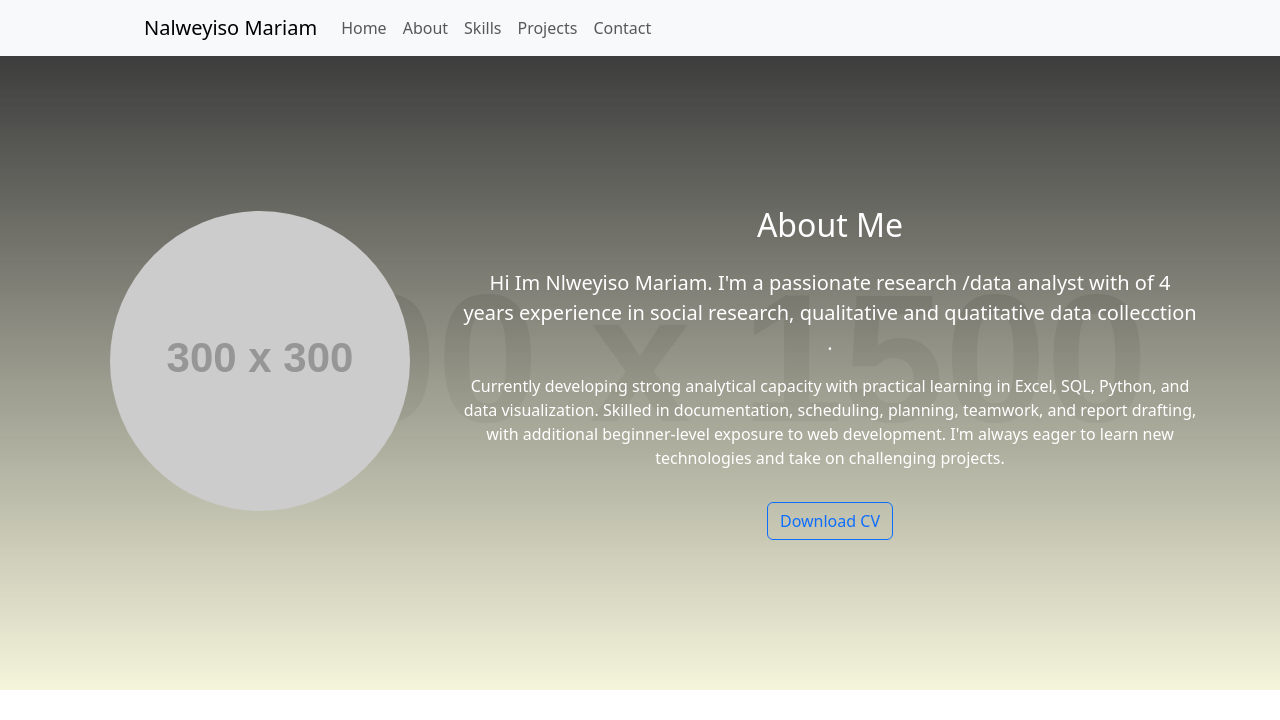
Repository: NalweMari/My-Personal-Portfolio
Page: index.html
An editor plug-in stored every save of this project. The page is shown before and after the next save, followed by the edit.
The browser window is 1280 px wide. The pictures show the whole page.

Above is the page before, as saved 2025-11-27 12:48:45.
Console error (its wording comes from the project's code and is left out).

After the next save:
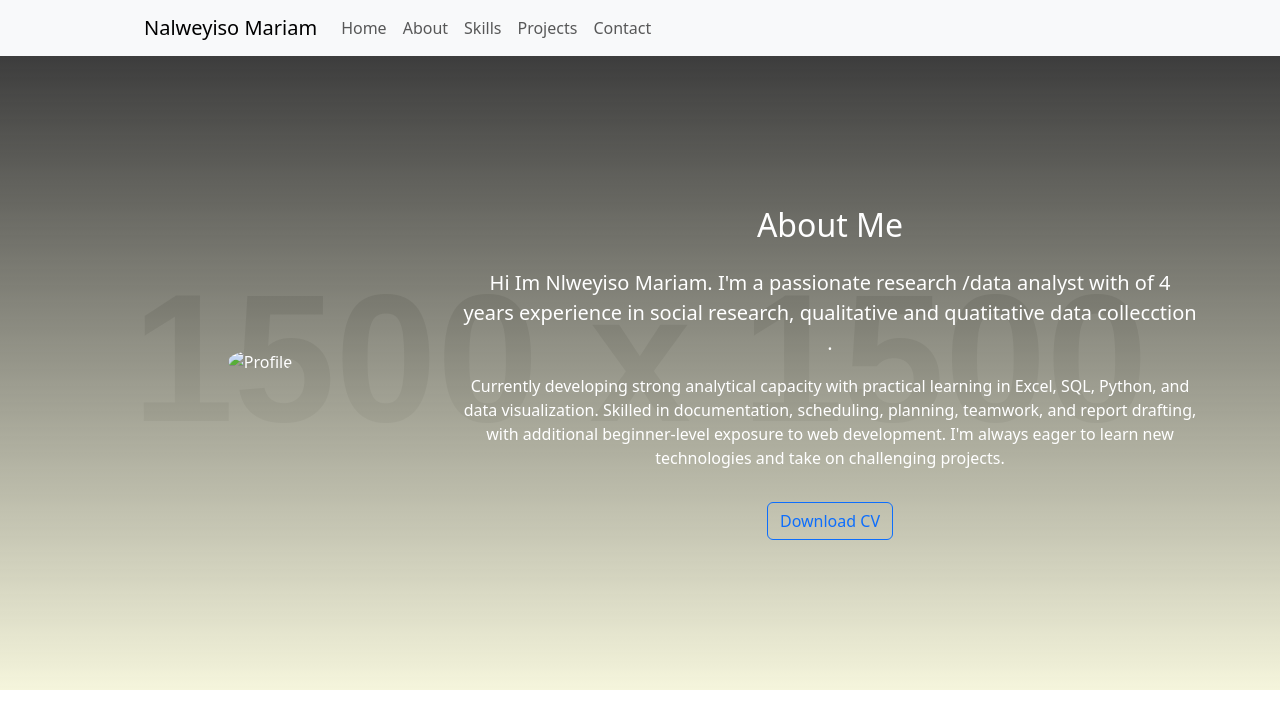
Saved 14 s later.
--- a/index.html
+++ b/index.html
@@ -48,7 +48,7 @@
         <div class="container">
             <div class="row align-items-center">
                 <div class="col-md-4 text-center mb-4">
-                    <img src="https://via.placeholder.com/300" alt="Profile" class="img-fluid rounded-circle">
+                    <img src="" alt="Profile" class="img-fluid rounded-circle">
                 </div>
                 <div class="col-md-8">
                     <h2 class="mb-4">About Me</h2>
